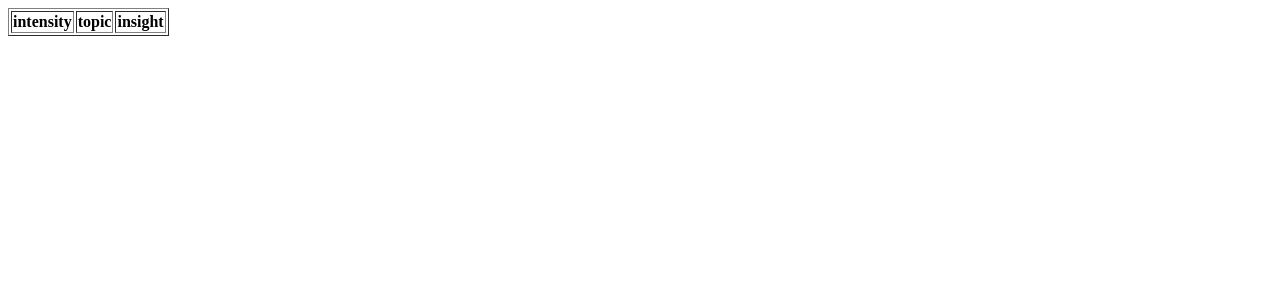
Repository: vijayholve/data-assignment
Page: http://localhost/
The author's editor kept a copy of each file at every save. The page is drawn from the files as they stood at one save, then again after a run of saves.
The browser window is 1280 px wide. The pictures show the whole page.
The page is served by the project's application, run on Django 5.2 (manage.py). Queries for data that is not in the repository find no rows.

Above is the page before, as saved 2024-07-07 21:13:13.

After the next 3 saves:
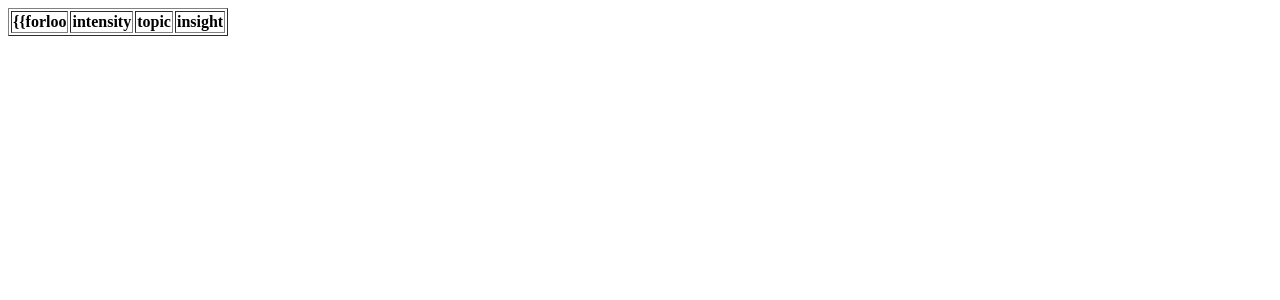
The 3 saves are shown as one change because they came seconds apart.
The last was saved 10 s later.
--- a/templates/base/home.html
+++ b/templates/base/home.html
@@ -3,7 +3,7 @@
      <table border="1">
         <thead>
             <tr>
-
+                <th>{{forloo</th>
                 <th>intensity</th>
                     <th>topic</th>
                         <th>insight</th>
